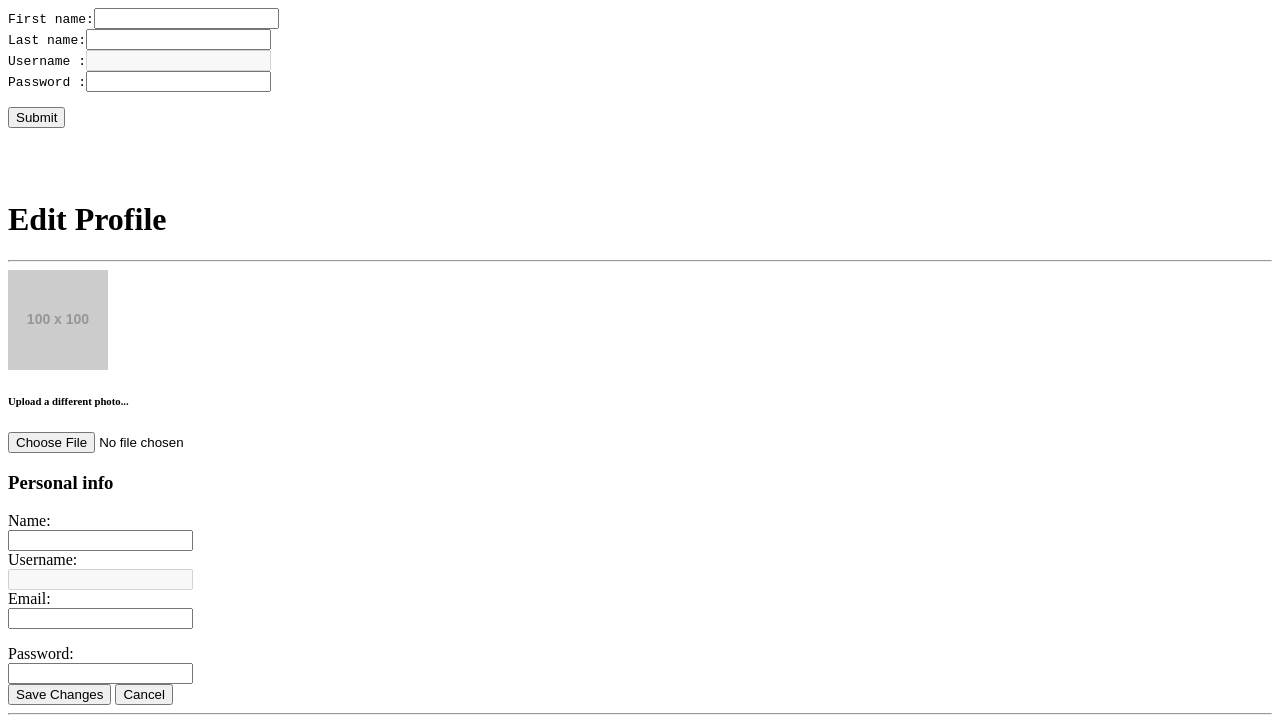
Repository: aneishkumar/AngularJS-Application
Page: Angularjs-Application-march30th/project2/WebContent/updateuser.html
The author's editor kept a copy of each file at every save. The page is drawn from the files as they stood at one save, then again after the next save.
The browser window is 1280 px wide. The pictures show the whole page.

Above is the page before, as saved 2018-03-29 11:32:10.

After the next save:
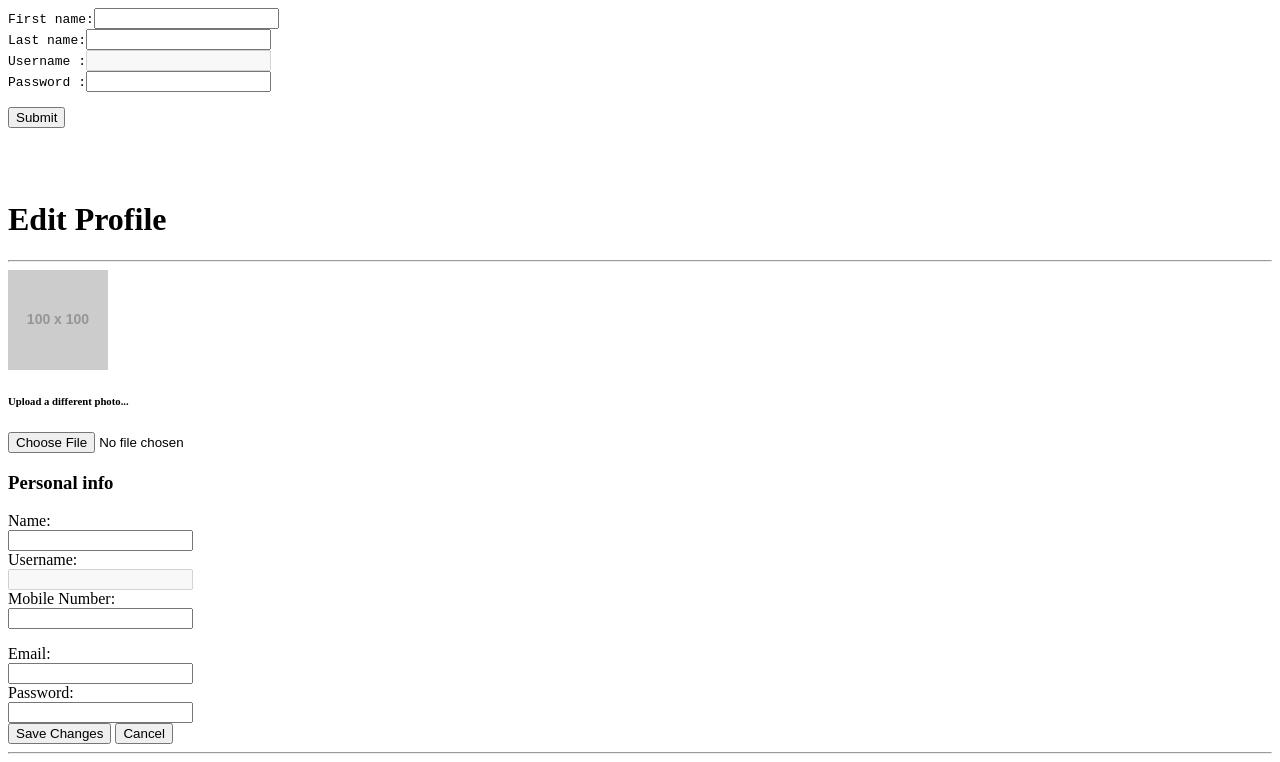
Saved 30 s later.
--- a/Angularjs-Application-march30th/project2/WebContent/updateuser.html
+++ b/Angularjs-Application-march30th/project2/WebContent/updateuser.html
@@ -46,6 +46,13 @@ Password :<input type="password" ng-model="user.password">
             </div>
             </div>
              <div class="form-group">
+            <label class="col-lg-3 control-label">Mobile Number:</label>
+            <div class="col-lg-8">
+              <input class="form-control" type="text" ng-model="user.mobilenumber">
+            </div>
+          </div>
+          </div>
+             <div class="form-group">
             <label class="col-lg-3 control-label">Email:</label>
             <div class="col-lg-8">
               <input class="form-control" type="text" ng-model="user.emailid">
